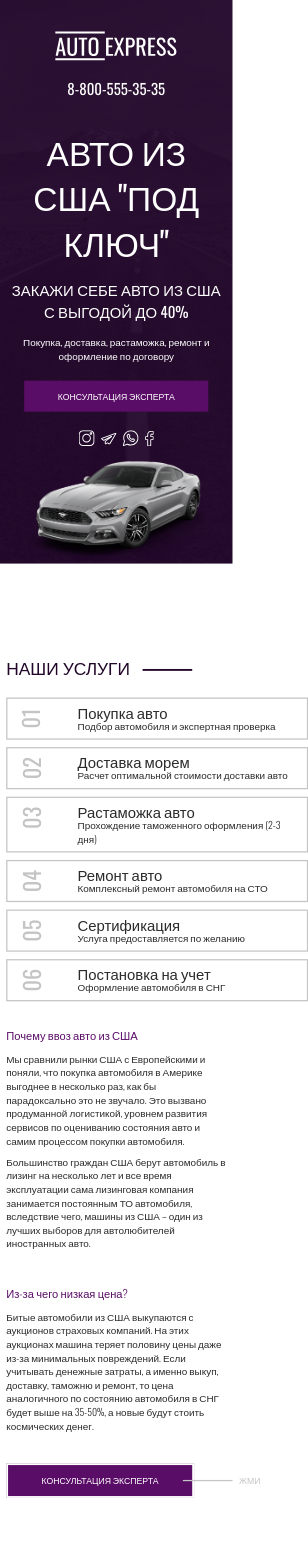
Repository: AlexandrLewandowski/site-1
Page: index.html
These files come from the project's save history. The page is drawn as it stood at one moment and after the next save; the edit follows.
The browser window is 375 px wide. The page is 497 px wide, so the pictures cover 497 px, including what lies to the right of the window. The pictures show the whole page, at 62% of full size.

Above is the page before, as saved 2024-05-10 19:27:22.

### index.html
<!DOCTYPE html>
<html lang="en">

<head>
    <meta charset="UTF-8">
    <meta name="viewport" content="width=device-width, initial-scale=1.0">
    <meta http-equiv="X-UA-Compatible" content="ie=edge">
    <title>Mustang</title>
    <link rel="preconnect" href="https://fonts.googleapis.com">
    <link rel="preconnect" href="https://fonts.gstatic.com" crossorigin>
    <link href="https://fonts.googleapis.com/css2?family=Oswald:wght@300;400&display=swap" rel="stylesheet">
    <link rel="stylesheet" href="css/reset.css">
    <link rel="stylesheet" href="css/slick.css">
    <link rel="stylesheet" href="css/jquery.fancybox.css">
    <link rel="stylesheet" href="css/style.css">
</head>

<body>

    <header class="header">
        <div class="container">
            <div class="header__top">
                <a class="logo" href="#">
                    <img class="logo__img" src="images/logo.svg" alt="logo">
                </a>
                <a class="phone" href="tel:88005553535">8-800-555-35-35</a>
            </div>
            <div class="header__content">
                <h1 class="header__title">
                    Авто из США "под ключ"
                </h1>
                <h2 class="header__subtitle">
                    Закажи себе авто из США с выгодой до 40%
                </h2>
                <p class="header__text">
                    Покупка, доставка, растаможка, ремонт и оформление по договору
                </p>
                <a class="button" href="#">консультация эксперта</a>
                <div class="social header__social">
                    <a class="social__link" href="#">
                        <img class="social__img" src="images/icon/instagram.svg" alt="">
                    </a>
                    <a class="social__link" href="#">
                        <img class="social__img" src="images/icon/telegram.svg" alt="">
                    </a>
                    <a class="social__link" href="#">
                        <img class="social__img" src="images/icon/whatsapp.svg" alt="">
                    </a>
                    <a class="social__link" href="#">
                        <img class="social__img" src="images/icon/facebook.svg" alt="">
                    </a>
                </div>
                <img class="header__images" src="images/ford-mustang.png" alt="ford mustang">
            </div>
        </div>
    </header>

    <section class="services">
        <div class="container">
            <h2 class="title">Наши услуги</h2>
            <div class="services__inner">
                <div class="services__content">
                    <div class="services__content-box">
                        <h6 class="services__content-title">
                            Почему ввоз авто из США
                        </h6>
                        <div class="services__content-textbox">
                            <p class="services__content-text">
                                Мы сравнили рынки США с Европейскими и поняли, что покупка автомобиля в Америке выгоднее
                                в несколько раз, как бы парадоксально это не звучало. Это вызвано продуманной
                                логистикой, уровнем развития сервисов по оцениванию состояния авто и самим процессом
                                покупки автомобиля.
                            </p>
                            <p class="services__content-text">
                                Большинство граждан США берут автомобиль в лизинг на несколько лет и все время
                                эксплуатации сама лизинговая компания занимается постоянным ТО автомобиля, вследствие
                                чего, машины из США – один из лучших выборов для автолюбителей иностранных авто.
                            </p>
                        </div>
                    </div>
                    <div class="services__content-box">
                        <h6 class="services__content-title">
                            Из-за чего низкая цена?
                        </h6>
                        <div class="services__content-textbox">
                            <p class="services__content-text">
                                Битые автомобили из США выкупаются с аукционов страховых компаний. На этих аукционах
                                машина теряет половину цены даже из-за минимальных повреждений. Если учитывать денежные
                                затраты, а именно выкуп, доставку, таможню и ремонт, то цена аналогичного по состоянию
                                автомобиля в СНГ будет выше на 35-50%, а новые будут стоить космических денег.
                            </p>
                        </div>
                    </div>
                    <a class="button button--decor" href="#">консультация эксперта</a>
                </div>
                <ol class="services__list">
                    <li class="services__item">
                        <p class="services__item-title">Покупка авто</p>
                        <p class="services__item-text">Подбор автомобиля и экспертная проверка</p>
                    </li>
                    <li class="services__item">
                        <p class="services__item-title">Доставка морем</p>
                        <p class="services__item-text">Расчет оптимальной стоимости доставки авто</p>
                    </li>
                    <li class="services__item">
                        <p class="services__item-title">Растаможка авто</p>
                        <p class="services__item-text">Прохождение таможенного оформления (2-3 дня)</p>
                    </li>
                    <li class="services__item">
                        <p class="services__item-title">Ремонт авто</p>
                        <p class="services__item-text">Комплексный ремонт автомобиля на СТО</p>
                    </li>
                    <li class="services__item">
                        <p class="services__item-title">Сертификация</p>
                        <p class="services__item-text">Услуга предоставляется по желанию</p>
                    </li>
                    <li class="services__item">
                        <p class="services__item-title">Постановка на учет</p>
                        <p class="services__item-text">Оформление автомобиля в СНГ</p>
                    </li>
                </ol>
            </div>
        </div>
    </section>
    <!--<section class="benefits">
        <div class="container">
            <div class="benefits__inner">
                <img CLASS="benefits__images" src="images/car.png" alt="car">
                <div class="benefits__content">
                    <h2 class="title benefits__title">Почему мы?</h2>
                    <ul class="benefits__list">
                        <li class="benefits__item">
                            <p class="benefits__item-num">
                                650
                            </p>
                            <p class="benefits__item-title">Успешно доставленных авто</p>
                            <p class="benefits__item-text">Большой опыт пригона автомобилей из США под ключ, все клиенты
                                остались довольны</p>
                        </li>
                        <li class="benefits__item">
                            <p class="benefits__item-num">
                                5
                            </p>
                            <p class="benefits__item-title">лет на рынке СНГ</p>
                            <p class="benefits__item-text">Работает по всей территории СНГ, работаем по договору с
                                клиентами</p>
                        </li>
                        <li class="benefits__item">
                            <p class="benefits__item-num">
                                100%
                            </p>
                            <p class="benefits__item-title">доверия клиентов</p>
                            <p class="benefits__item-text">Онлайн отчетность. Вы всегда в курсе статуса подбора вашего
                                авто. Фото и видео отчет</p>
                        </li>
                    </ul>
                </div>
            </div>
        </div>
    </section>
    <section class="carousel">
        <div class="container">
            <h2 class="title">
                Пригнанные нами авто
            </h2>
            <div class="carousel__inner">
                <div class="carousel__item">
                    <div class="carousel__item-box">
                        <img class="carousel__item-img" src="images/carousel/1.jpg" alt="carousel1">
                        <h4 class="carousel__item-title">INFINITI WX50 2016г.</h4>
                        <p class="carousel__item-text">Экономия 4500$</p>
                    </div>
                </div>
                <div class="carousel__item">
                    <div class="carousel__item-box">
                        <img class="carousel__item-img" src="images/carousel/2.jpg" alt="carousel2">
                        <h4 class="carousel__item-title">TESLA MODEL 3 2018г.</h4>
                        <p class="carousel__item-text">Экономия 5500$</p>
                    </div>
                </div>
                <div class="carousel__item">
                    <div class="carousel__item-box">
                        <img class="carousel__item-img" src="images/carousel/3.jpg" alt="carousel3">
                        <h4 class="carousel__item-title">TESLA MODEL 3 2018г.</h4>
                        <p class="carousel__item-text">Экономия 5000$</p>
                    </div>
                </div>
                <div class="carousel__item">
                    <div class="carousel__item-box">
                        <img class="carousel__item-img" src="images/carousel/1.jpg" alt="carousel1">
                        <h4 class="carousel__item-title">INFINITI QX50 2017г.</h4>
                        <p class="carousel__item-text">Экономия 5000$</p>
                    </div>
                </div>
                <div class="carousel__item-box">
                    <img class="carousel__item-img" src="images/carousel/2.jpg" alt="carousel2">
                    <h4 class="carousel__item-title">INFINITI WX50 2016г.</h4>
                    <p class="carousel__item-text">Экономия 4500$</p>
                </div>
                <div class="carousel__item">
                    <div class="carousel__item-box">
                        <img class="carousel__item-img" src="images/carousel/3.jpg" alt="carousel3">
                        <h4 class="carousel__item-title">TESLA MODEL 3 2018г.</h4>
                        <p class="carousel__item-text">Экономия 5500$</p>
                    </div>
                </div>
                <div class="carousel__item">
                    <div class="carousel__item-box">
                        <img class="carousel__item-img" src="images/carousel/1.jpg" alt="carousel1">
                        <h4 class="carousel__item-title">TESLA MODEL 3 2018г.</h4>
                        <p class="carousel__item-text">Экономия 4500$</p>
                    </div>
                </div>
                <div class="carousel__item">
                    <div class="carousel__item-box">
                        <img class="carousel__item-img" src="images/carousel/2.jpg" alt="carousel2">
                        <h4 class="carousel__item-title">INFINITI QX50 2017г.</h4>
                        <p class="carousel__item-text">Экономия 5000$</p>
                    </div>
                </div>
            </div>
        </div>
    </section>
    <section class="contacts">
        <div class="container">
            <div class="contacts__inner">
                <div class="contacts__info">
                    <h2 class="title">
                        Контакты
                    </h2>
                    <ul class="contacts__list">
                        <li class="contacts__item">
                            <p class="contacts__item-title">Адрес</p>
                            <p class="contacts__item-text">г. Москва<br> ул. Академика Королёва, д. 12</p>
                        </li>
                        <li class="contacts__item">
                            <p class="contacts__item-title">Время работы</p>
                            <p class="contacts__item-text">Пн-Сб: с 09:00 до 19:00,<br>
                                Вс: выходной
                            </p>
                        </li>
                        <li class="contacts__item">
                            <p class="contacts__item-title">Телефон</p>
                            <p class="contacts__item-text">8-800-555-35-35</p>
                        </li>
                    </ul>
                </div>
                <form action="" class="contacts__form">
                    <h2 class="title contacts__title">Оставить заявку</h2>
                    <input class="contacts__input" type="text" placeholder="Как Вас зовут">
                    <input class="contacts__input" type="text" placeholder="Ваш номер телефона">
                    <button class="contacts__btn button" type="submit">Отправить заявку</button>
                </form>
            </div>
        </div>
    </section>
    <footer class="footer">
        <div class="container">
            <div class="footer__inner">
                <a class="logo" href="#">
                    <img class="logo__img" src="images/logo.svg" alt="logo">
                </a>
                <div class="social">
                    <a class="social__link" href="#">
                        <img class="social__img" src="images/icon/instagram.svg" alt="">
                    </a>
                    <a class="social__link" href="#">
                        <img class="social__img" src="images/icon/telegram.svg" alt="">
                    </a>
                    <a class="social__link" href="#">
                        <img class="social__img" src="images/icon/whatsapp.svg" alt="">
                    </a>
                    <a class="social__link" href="#">
                        <img class="social__img" src="images/icon/facebook.svg" alt="">
                    </a>
                </div>
                <a class="footer__copy">Политика конфиденциальности</a>
            </div>
        </div>
    </footer> -->

    <script src="https://ajax.googleapis.com/ajax/libs/jquery/3.4.1/jquery.min.js"></script>
    <script src="js/slick.min.js"></script>
    <script src="js/jquery.fancybox.min.js"></script>
    <script src="js/main.js"></script>
</body>

</html>

### css/style.css
*,
*::after *::before {
    box-sizing: border-box;
}

body {
    font-family: "Oswald", sans-serif;
    font-size: 18px;
    line-height: 27px;
    font-weight: 300;
    color: #2C2B2B;
}

a {
    text-decoration: none;
    color: inherit;
    display: inline-block;
}

.container {
    max-width: 1220px;
    margin: 0 auto;
    padding: 0 10px;
}

.header {
    background-image: url(../images/header-bg.jpg);
    background-repeat: no-repeat;
    background-size: cover;
    background-position: top center;
    min-height: 700px;
    color: #fff;
}

.header__top {
    padding: 47px 0 46px;
    display: flex;
    justify-content: space-between;
    align-items: center;
}

.phone {
    font-weight: 400;
    font-size: 36px;
    line-height: 54px;
}

.header__content {
    padding-top: 60px;
    position: relative;
}

.header__title {
    font-size: 72px;
    font-weight: 400;
    line-height: 107px;
    text-transform: uppercase;
}

.header__subtitle {
    font-size: 36px;
    line-height: 54px;
    font-weight: 400;
    text-transform: uppercase;
    margin-bottom: 30px;
}

.header__text {
    margin-bottom: 30px;
    max-width: 800px;
}

.button {
    font-size: 14px;
    line-height: 21px;
    text-transform: uppercase;
    padding: 14px 54px 15px;
    background-color: #5A0D67;
    transition: all .5s;
}

.button:hover {
    color: #5A0D67;
    background-color: #fff;
}

.header__social {
    padding: 70px 0 20px 70px;
}

.social {
    display: flex;
    align-items: center;
}

.social__link {
    margin: 0 5px;
}

.header__images {
    position: absolute;
    right: 0;
    bottom: -265px;
}

.services {
    padding-top: 350px;
}

.title {
    color: #21062A;
    font-size: 36px;
    line-height: 54px;
    font-weight: 400;
    text-transform: uppercase;
    margin-bottom: 50px;
    position: relative;
}

.title::after {
    content: '';
    width: 80px;
    height: 3px;
    background-color: #21062A;
    position: absolute;
    top: 20px;
    margin-left: 20px;
}

.services__inner {
    display: flex;
    margin-bottom: 100px;
}

.services__content {
    width: 505px;
    margin-right: 96px;
}


.services__content-title {
    color: #5A0D67;
    font-size: 18px;
    line-height: 27px;
    font-weight: 300;
    margin-bottom: 12px;
}

.services__content-textbox {
    margin-bottom: 57px;
}

.services__content-text {
    margin-bottom: 12px;
}

.button--decor {
    margin-top: -7px;
    color: #fff;
    border: solid;
    position: relative;
}

.button--decor::after {
    content: 'ЖМИ';
    color: #c4c4c4;
    margin-left: 130px;
    position: absolute;
}

.button--decor::before {
    content: '';
    width: 80px;
    height: 2px;
    background-color: #c4c4c4;
    position: absolute;
    right: -65px;
    top: 24px;
}

.services__list {
    list-style: none;
    counter-reset: my-counter;
}

.services__item {
    counter-increment: my-counter;
    border: 2px solid #c4c4c4;
    margin-bottom: 12px;
    width: 450px;
    padding: 10px 15px 10px 113px;
    position: relative;
    transition: all .5s;
    cursor: pointer;
}

.services__item::before {
    content: '0'counter(my-counter);
    position: absolute;
    left: 20px;
    font-size: 36px;
    line-height: 54px;
    font-weight: 400;
    color: #c4c4c4;
    transform: rotate(270deg);
    transition: all .5s;
}

.services__item:hover {
    border: 2px solid #5a0D67;
    width: 500px;
}

.services__item:hover .services__item-title {
    color: #5A0D67;

}

.services__item:hover::before {
    color: #5A0D67;
}

.services__item-title {
    font-size: 24px;
    font-weight: 300;
}

.benefits {
    margin-bottom: 100px;
}

.benefits__inner {
    display: flex;
}

.benefits__images {
    margin-right: 95px;
}

.benefits__content {
    width: 100%;
    color: #fff;
}

.benefits__title {
    margin-left: 185px;
}

.benefits__list {
    list-style: none;
    background-color: #21062A;
    padding: 25px 0 25px 185px;
}

.benefits__item {
    width: 320px;
    margin-bottom: 20px;
}

.benefits__item-num {
    font-size: 36px;
    line-height: 54px;
    font-weight: 400;
}

.benefits__item-title {
    font-size: 24px;
    line-height: 36px;
    font-weight: 300;
}

.benefits__item-text {
    color: #c4c4c4;

}

.carousel {
    margin-bottom: 100px;
}

.carousel__inner {
    margin: 0 -7px;
}

.carousel__item {
    margin: 0 7px;
}

.carousel__item-box {
    border: 1px solid #c4c4c4;
    padding: 6px 6px 16px 6px;
    text-align: center;
}

.carousel__item-box:hover {
    color: #fff;
    background-color: #5a0D67;
    border-color: #5A0D67;
    transition: all .5s;
}

.carousel__item-img {
    width: 100%;
    margin-bottom: 23px;
}

.carousel__item-title {
    font-weight: 300;
    margin-bottom: 5px;
}

.carousel .slick-dots {
    display: flex;
    justify-content: center;
    margin-top: 50px;
    list-style: none;
}

.carousel .slick-dots button {
    font-size: 0;
    border: none;
    padding: 0;
    margin: 0 10px;
    background-color: #c4c4c4;
    height: 1px;
    width: 50px;
}

.carousel .slick-active button {
    background-color: #5A0D67;
    height: 3px;
}

.contacts__inner {
    display: flex;
    justify-content: space-between;
}

.contacts__list {
    list-style: none;
}

.contacts__item {
    margin-bottom: 20px;
}

.contacts__item-title {
    color: #5A0D67;
}

.contacts__form {
    background-color: #210621;
    padding: 50px 75px 57px;
    text-align: center;
}

.contacts__title {
    color: #fff;
    margin-bottom: 16px;
    margin-left: 53px;
    text-align: left;
}

.contacts__title::after {
    background-color: #fff;
}

.contacts__input {
    background-color: transparent;
    width: 450px;
    height: 75px;
    color: #fff;
    border: 1px solid #fff;
    margin-bottom: 12px;
    display: block;
    font-size: 25px;
    padding: 0 15px;
    text-align: center;
}

.contacts__input::placeholder {
    text-align: center;
    font-family: 'Oswald', sans-serif;
    font-size: 18px;
    line-height: 27px;
    font-weight: 300;
    color: #c4c4c4;
}

.contacts__btn {
    border: none;
    color: #fff;
    margin-top: 78px;
    cursor: pointer;
}

.footer {
    background-color: #210621;
}

.footer__inner {
    display: flex;
    justify-content: space-between;
    align-items: center;
    color: #fff;
    height: 100px;
}

@media (max-width: 1140px) {
    .services__item:hover {
        width: 450px;
    }
}

@media (max-width: 1024px) {
    .header__images {
        width: 80%;
    }

    .services {
        padding-top: 250px;
    }

    .services__inner {
        flex-wrap: wrap;
    }

    .services__list {
        order: -1;
        margin-bottom: 30px;
        width: 100%;
    }

    .services__item {
        width: 100%;
    }

    .services__item:hover {
        width: 100%;
    }

    .services__content {
        width: 100%;
        margin-right: 0;
    }
}

@media (max-width: 900px) {
    .header__images {
        width: 80%;
    }

    .phone {
        font-size: 24px;
        line-height: 36px;
    }

    .header__title {
        font-size: 54px;
        line-height: 74px;
    }

    .header__subtitle {
        font-size: 24px;
        line-height: 36px;
        margin-bottom: 20px;
    }

    .header__social {
        padding: 30px 0 20px 55px;
    }
}

@media (max-width: 600px) {
    .header__content {
        padding-top: 0;
        text-align: center;
    }

    .header__social {
        padding: 30px 0 20px 0;
    }

    .social {
        justify-content: center;
    }

    .services {
        padding-top: 150px;
    }

    .title {
        font-size: 28px;
        line-height: 36px;
        margin-bottom: 30px;
    }

    body {
        font-size: 16px;
        line-height: 22px;
    }

    .services__item::before {
        top: 5px;
    }
}

@media (max-width: 520px) {
    .header__top {
        flex-wrap: wrap;
        justify-content: center;
        text-align: center;
    }

    .logo {
        margin-bottom: 20px;
        width: 100%;
    }

    .header__title {
        margin-bottom: 20px;
    }

    .header__images {
        position: static;
    }
}

@media (max-width: 340px) {
    .header__title {
        font-size: 44px;
        line-height: 50px;
    }
}

### js/main.js
$(function () {

    $('.carousel__inner').slick({
        arrows: false,
        dots: true,
        slidesToShow: 3
    });


});

Loaded but not shown: css/reset.css (common file); css/slick.css (common file); css/jquery.fancybox.css (library); js/slick.min.js (library); js/jquery.fancybox.min.js (library)

After the next save:
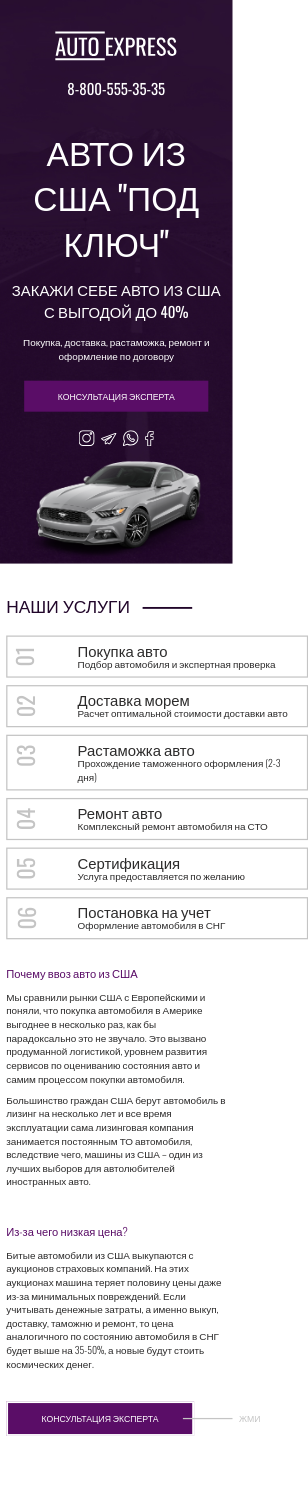
Saved 2 min 47 s later.
--- a/css/style.css
+++ b/css/style.css
@@ -524,6 +524,20 @@
     .header__images {
         position: static;
     }
+
+    .services {
+        padding-top: 50px;
+    }
+
+    .services__item {
+        : 60px;
+
+    }
+
+    .services__item::before {
+        left: 11px;
+
+    }
 }
 
 @media (max-width: 340px) {
